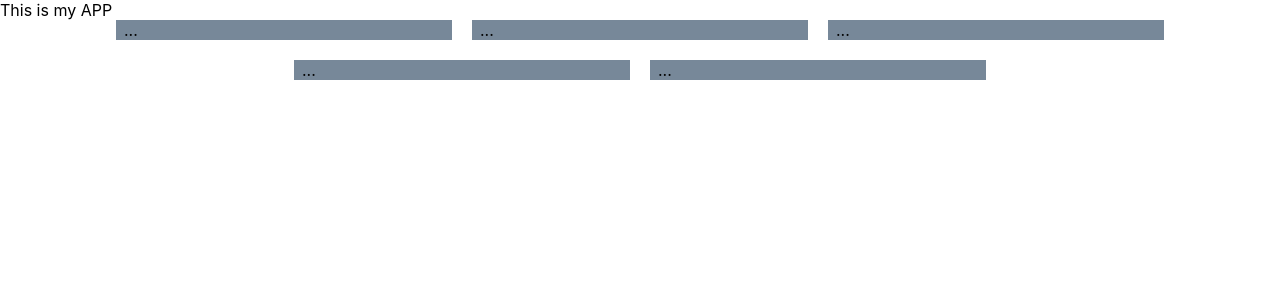
Repository: vnevescode/ui-components-react
Page: /
These files come from the project's save history. The page is drawn as it stood at one moment and after the next save; the edit follows.
The browser window is 1280 px wide. The pictures show the whole page.
The project was rebuilt for these pictures with package versions that can differ from the ones it lists, and the page was loaded fresh each time.

Above is the page before, as saved 2022-06-09 22:19:56.

After the next save:
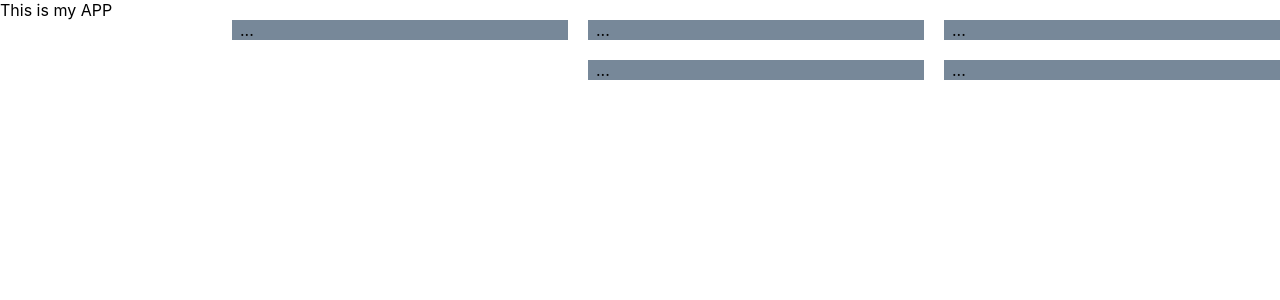
Saved 30 s later.
--- a/src/components/Cards/Cards.style.css
+++ b/src/components/Cards/Cards.style.css
@@ -2,7 +2,7 @@
 .cards{
     display: flex;
     /* flex-direction: column; */
-    justify-content: center;
+    justify-content: flex-end;
     flex-wrap: wrap;
     gap: 20px;
     width: 100%;
